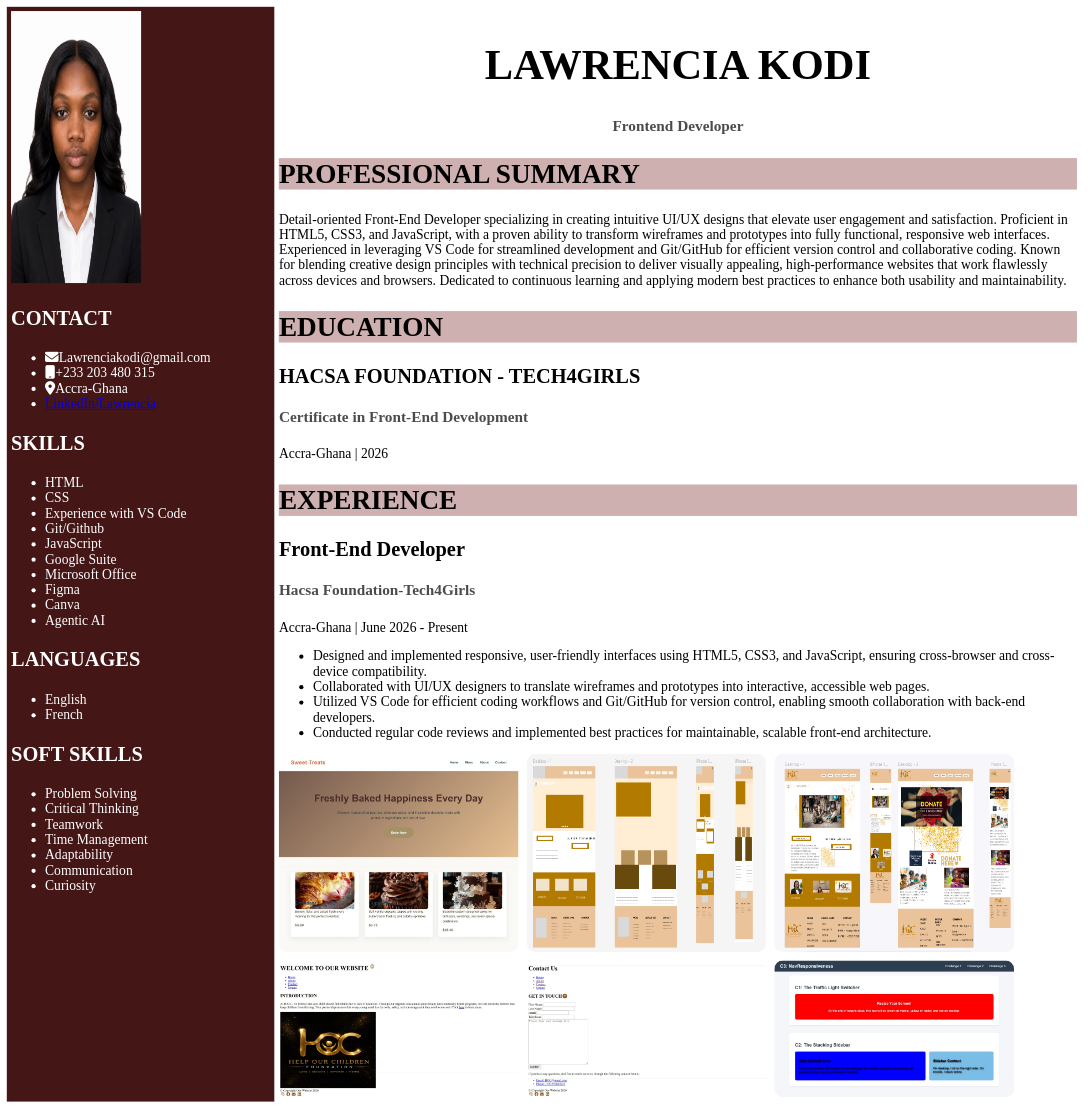
Repository: lawrencia-coder/T4G_CV
Page: index.html
The author's editor kept a copy of each file at every save. The page is drawn from the files as they stood at one save, then again after the next save.
The browser window is 1280 px wide. The pictures show the whole page, at 85% of full size.
Some icons come from a web library that is not loaded, so they are not drawn. Some web libraries are served in a nearby version.

Above is the page before, as saved 2026-07-15 08:58:48.

After the next save:
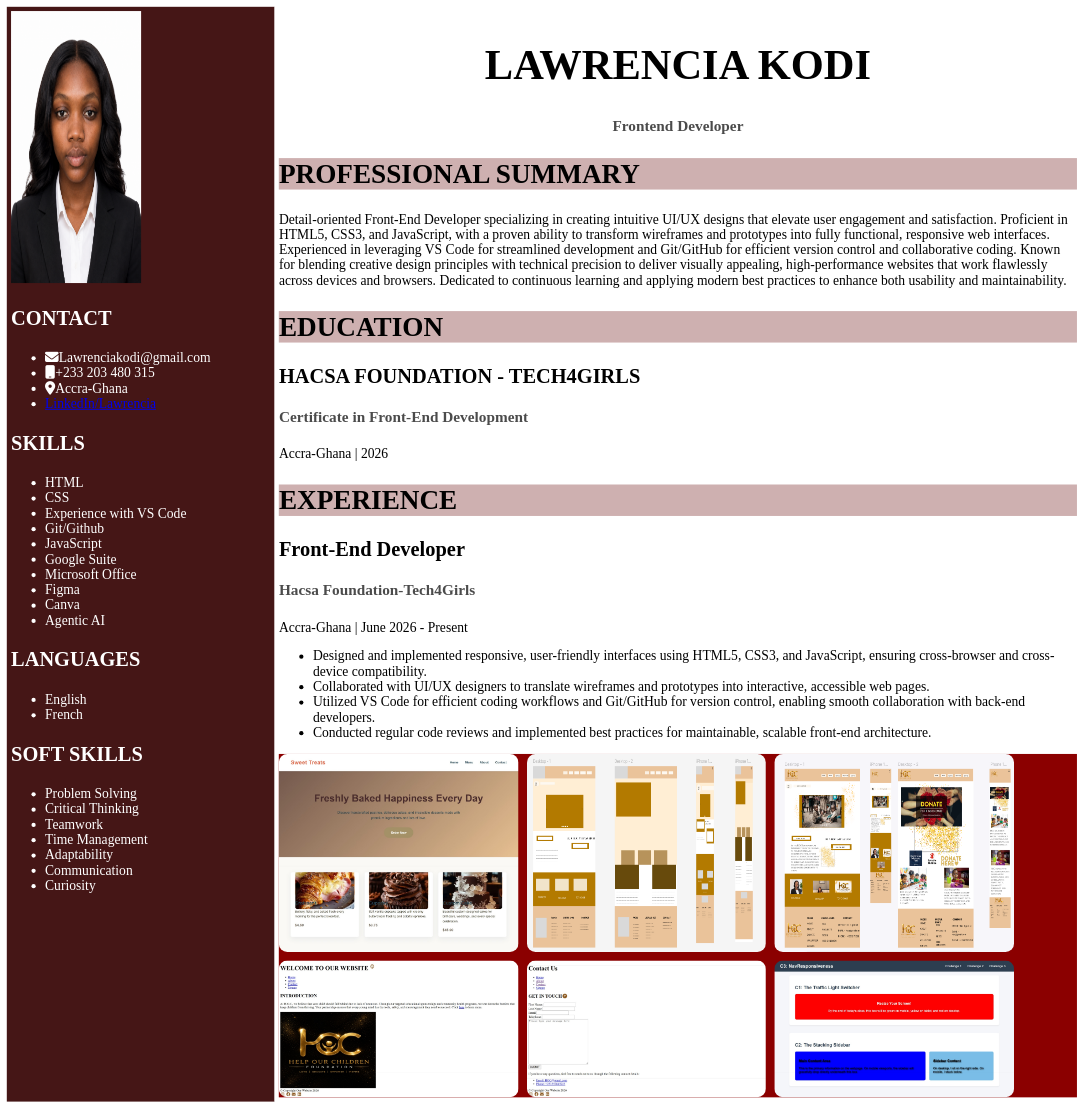
Saved 4 s later.
--- a/style.css
+++ b/style.css
@@ -56,7 +56,7 @@
     display: flex;
     flex-wrap: wrap;
     gap: 10px;
-    background-color: darr;
+    background-color: darkred;
 }
 .portfolio img{
     width: 30%;

After the 2 saves that followed:
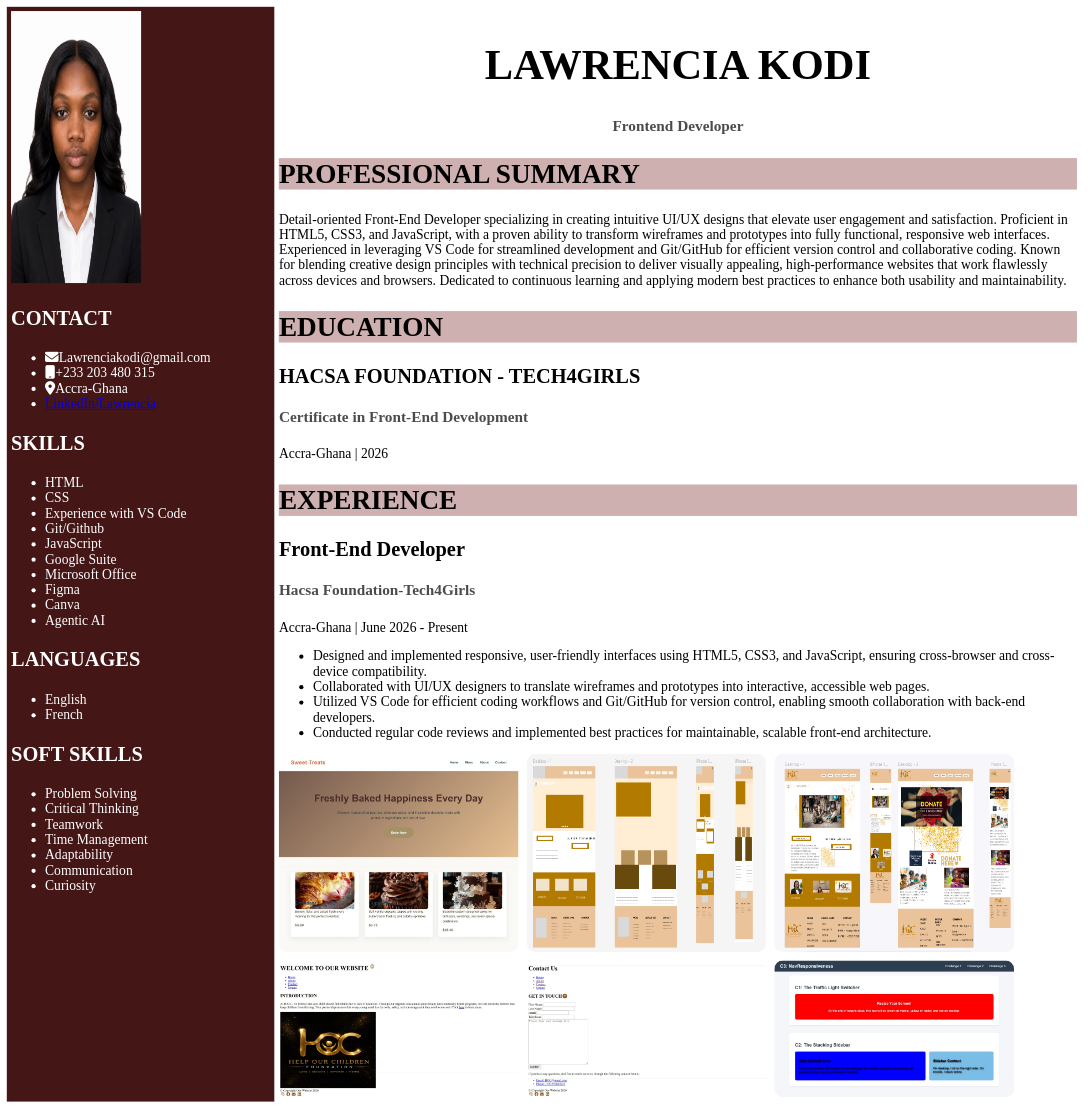
The 2 saves are shown as one change because they came seconds apart.
The last was saved 8 s later.
--- a/style.css
+++ b/style.css
@@ -56,7 +56,7 @@
     display: flex;
     flex-wrap: wrap;
     gap: 10px;
-    background-color: darkred;
+    background-color: darkbrown;
 }
 .portfolio img{
     width: 30%;
